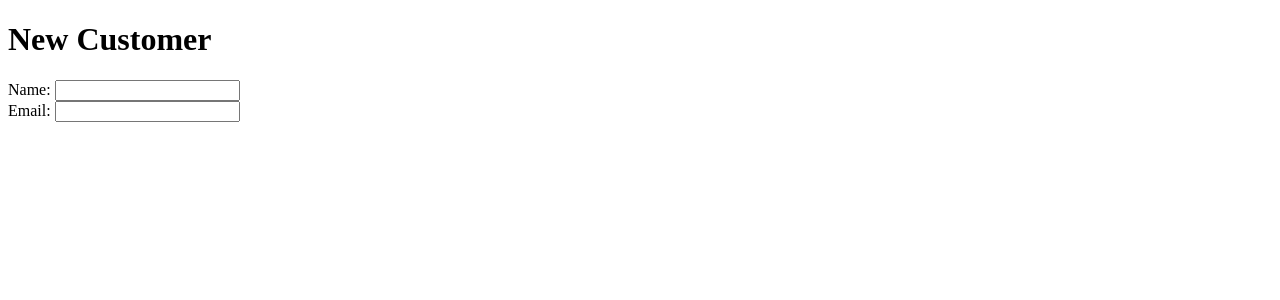
Repository: keviinlouis/JavaJSP
Page: http://localhost/MyCustomer/insert.jsp
An editor plug-in stored every save of this project. The page is shown before and after the next save, followed by the edit.
The browser window is 1280 px wide. The pictures show the whole page.
The page is served by Tomcat 9.

Above is the page before, as saved 2017-08-10 01:06:26.

After the next save:
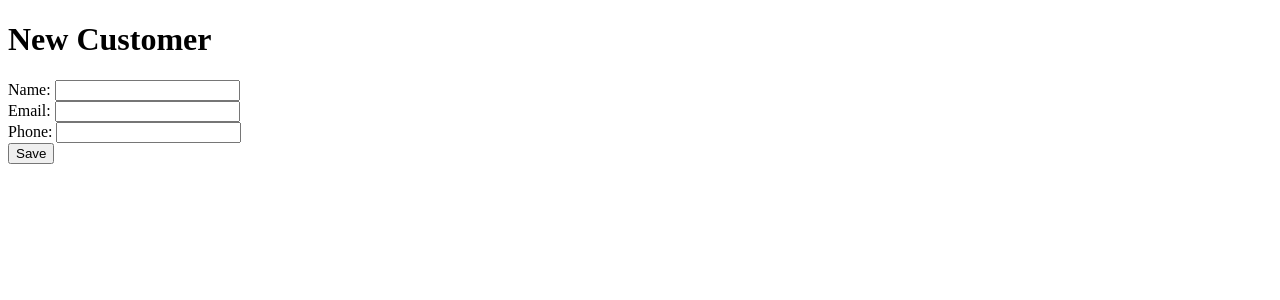
Saved 94 s later.
--- a/MyCustomer/WebContent/insert.jsp
+++ b/MyCustomer/WebContent/insert.jsp
@@ -11,7 +11,8 @@
 	<form action="/MyCustomer/InsertCustomerServlet" method="POST">
 		Name: <input type="text" id="name" name="name" value=""><br>
 		Email: <input type="text" id="email" name="email" value=""><br>
-
+		Phone: <input type="text" id="phone" name="phone" value=""><br>
+		<input type="submit" value="Save">
 	</form>
 </body>
 </html>
